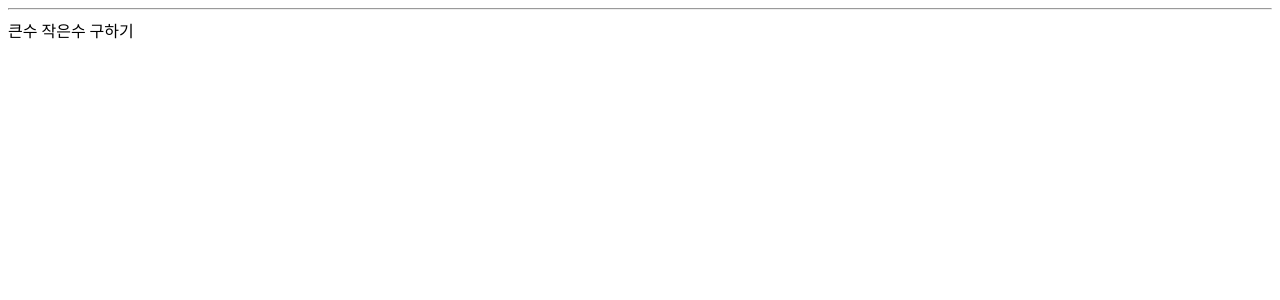
Repository: Hyuk-II/2-2
Page: 웹 프로그래밍/기말고사/src/main/webapp/maxmin.html
An editor plug-in stored every save of this project. The page is shown before and after the next save, followed by the edit.
The browser window is 1280 px wide. The pictures show the whole page.

Above is the page before, as saved 2024-12-09 00:36:45.

### 웹 프로그래밍/기말고사/src/main/webapp/maxmin.html
<!DOCTYPE html>
<html>
<head>
<meta charset="UTF-8">
<title>Q3</title>
</head>
<body>
	<hr>
	큰수 작은수 구하기<p>
	<form method="post" action="maxmin.jsp">
	</form>

</body>
</html>

After the next save:
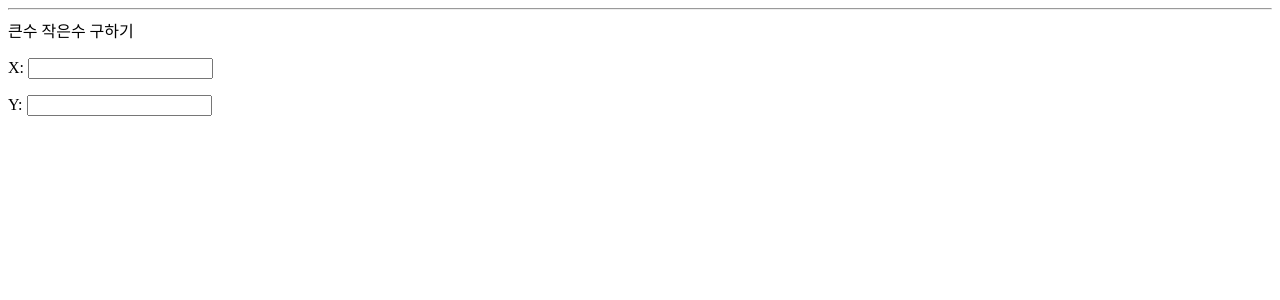
Saved 24 s later.
--- a/웹 프로그래밍/기말고사/src/main/webapp/maxmin.html
+++ b/웹 프로그래밍/기말고사/src/main/webapp/maxmin.html
@@ -8,6 +8,8 @@
 	<hr>
 	큰수 작은수 구하기<p>
 	<form method="post" action="maxmin.jsp">
+	X: <input type="text" name="x"><p>
+	Y: <input type="text" name="y"><p>
 	</form>
 
 </body>
